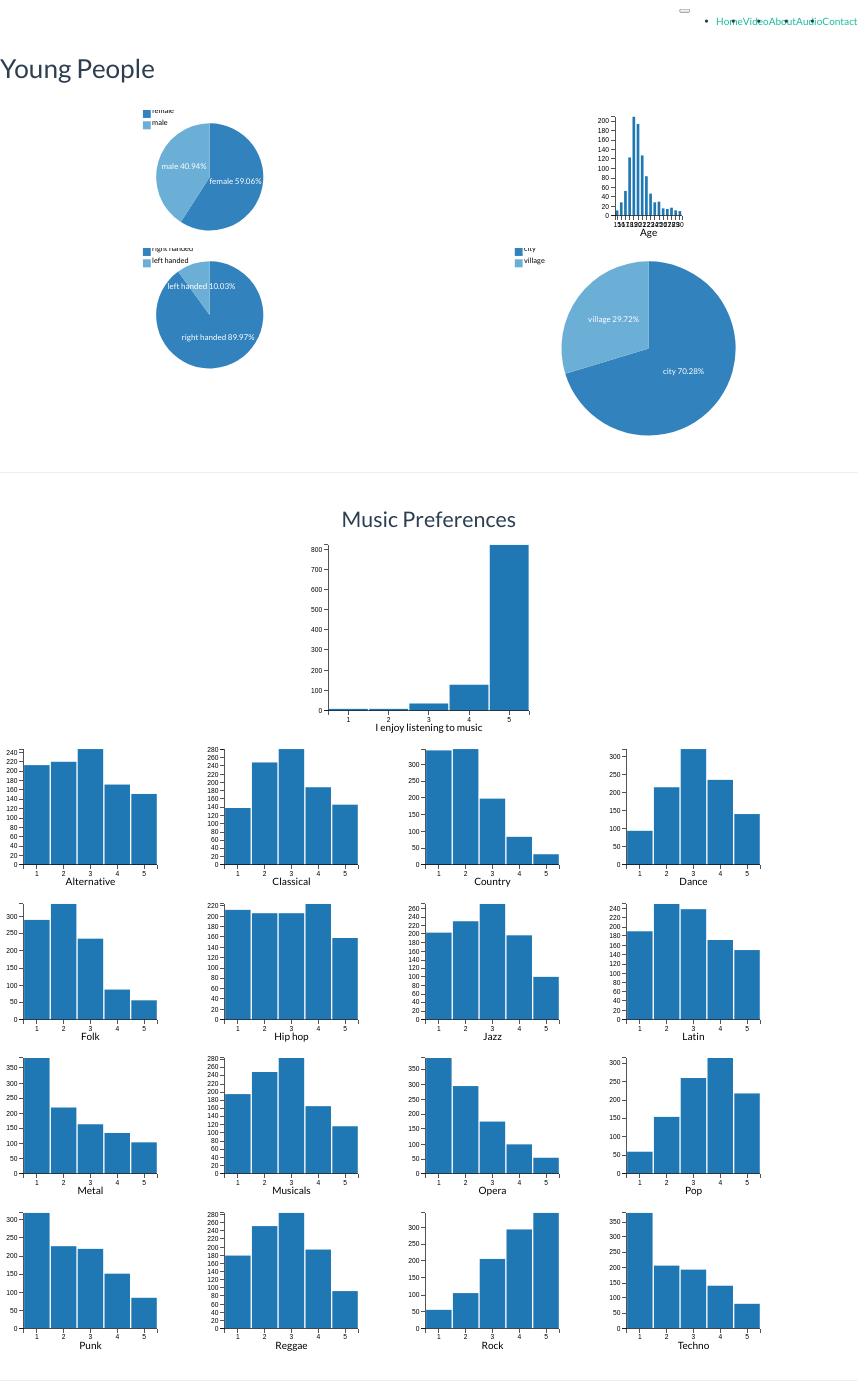
Repository: BrendanMolloy/milestone2
Page: index.html
The author's editor kept a record of every edit. The page is drawn from the files as they stood at one moment, then again after the next edit.
The browser window is 1280 px wide. The page is 1295 px wide, so the pictures cover 1295 px, including what lies to the right of the window. The pictures show the whole page, at 67% of full size.

Above is the page before.

After the next edit:
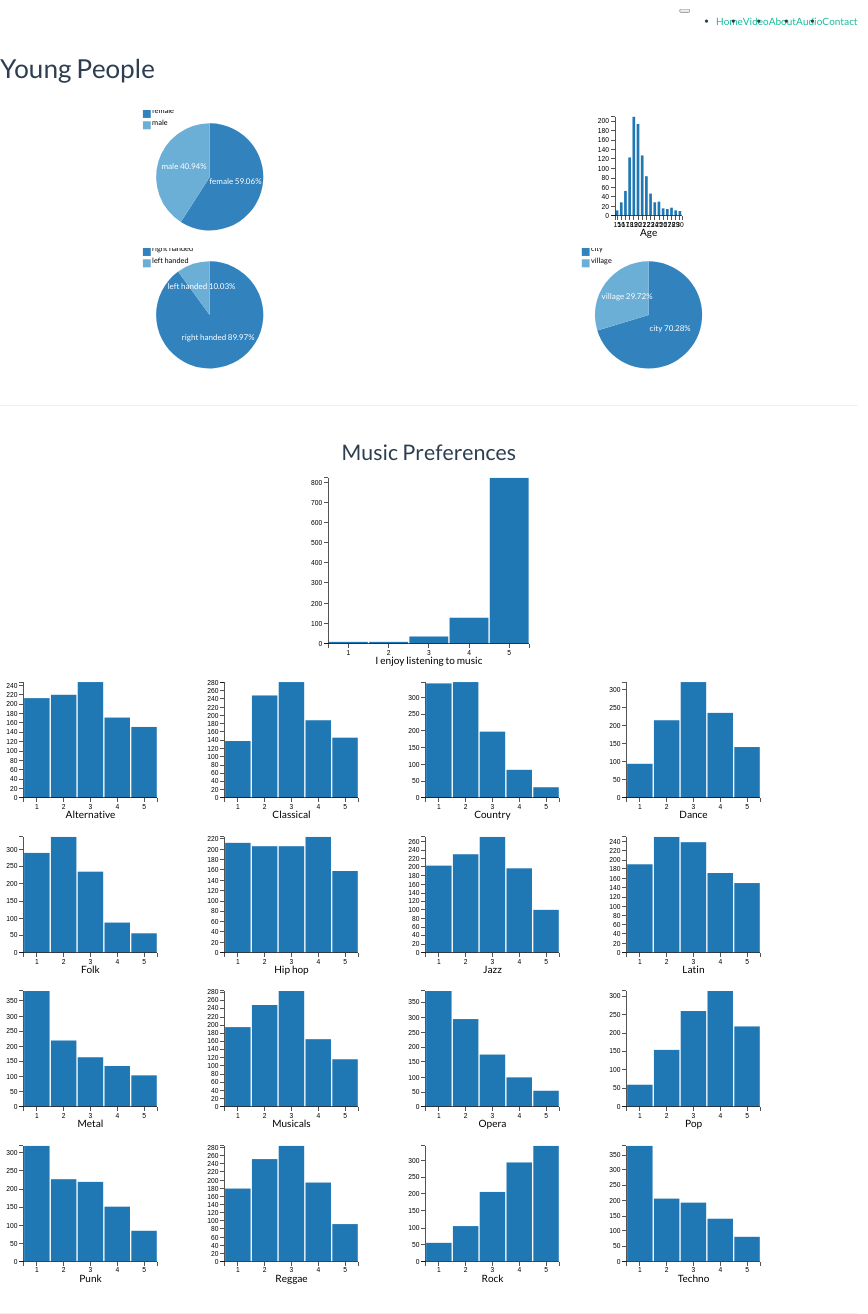
The edit:
--- a/js/graph.js
+++ b/js/graph.js
@@ -121,8 +121,8 @@
     var filtered_group = remove_empty_bins(group)
 
     dc.pieChart("#city-village")
-        .width(400)
-        .height(300)
+        .width(200)
+        .height(200)
         .externalRadiusPadding(20)
         .innerRadius(0)
         .dimension(dim)
